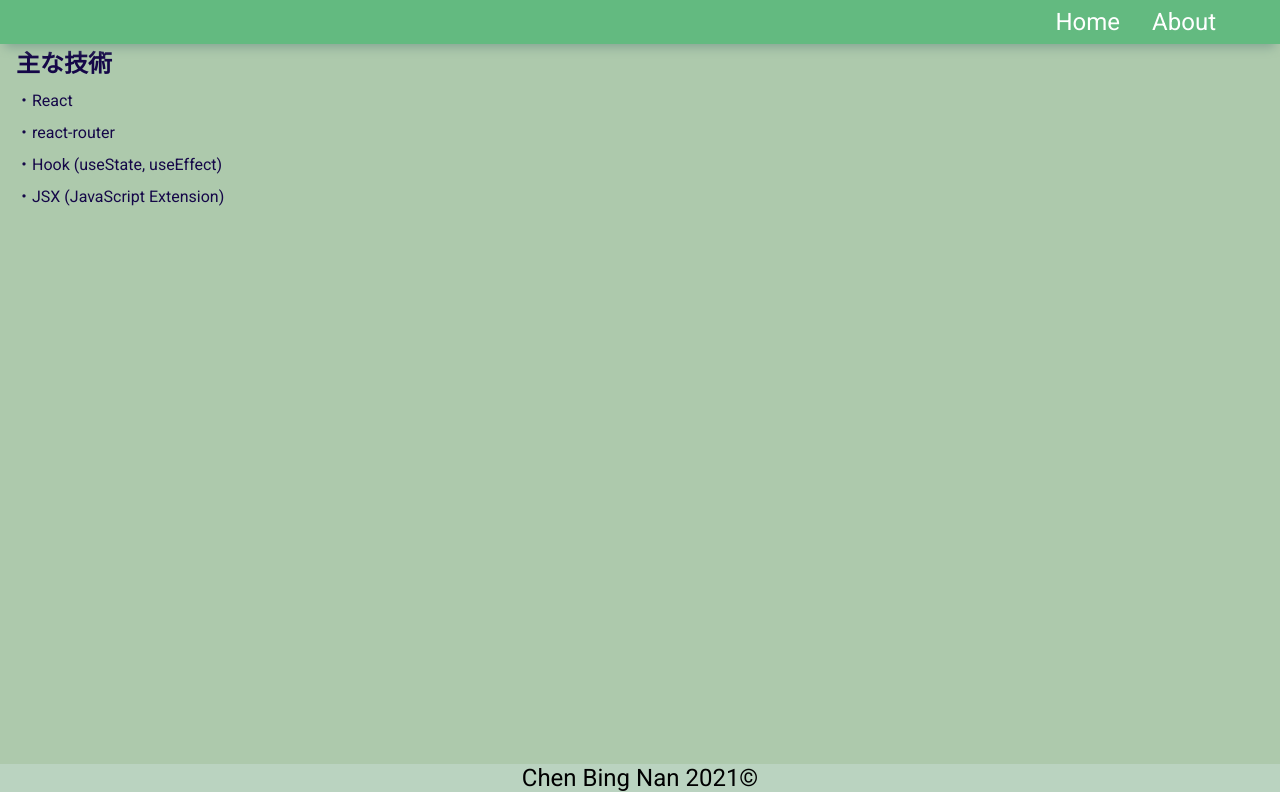
Repository: r1991108/pictureSearchProj
Page: /pictureSearchProj/about
An editor plug-in stored every save of this project. The page is shown before and after the next save, followed by the edit.
The browser window is 1280 px wide. The pictures show the whole page.
The project was rebuilt for these pictures with package versions that can differ from the ones it lists, and the page was loaded fresh each time. Also part of the build but not shown: src/components/Search.js, src/components/Pictures.js, src/pages/Homepage.js.

Above is the page before, as saved 2021-11-23 22:57:47.

After the next save:
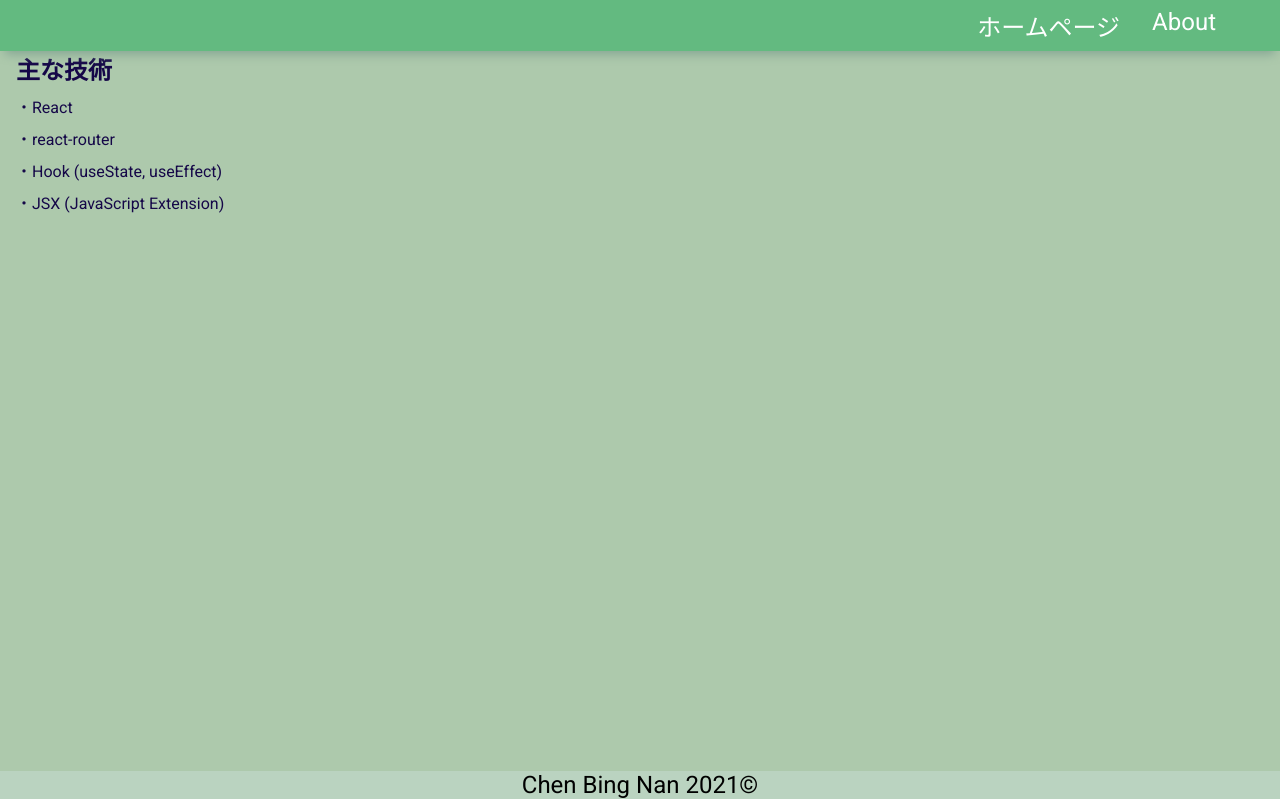
Saved 41 s later.
--- a/src/components/Nav.js
+++ b/src/components/Nav.js
@@ -6,7 +6,7 @@ const Nav = () => {
     <nav>
       <ul>
         <li>
-          <Link to="/pictureSearchProj/">Home</Link>
+          <Link to="/pictureSearchProj/">ホームページ</Link>
         </li>
         <li>
           {/* use Link to prevent page refreshing */}
